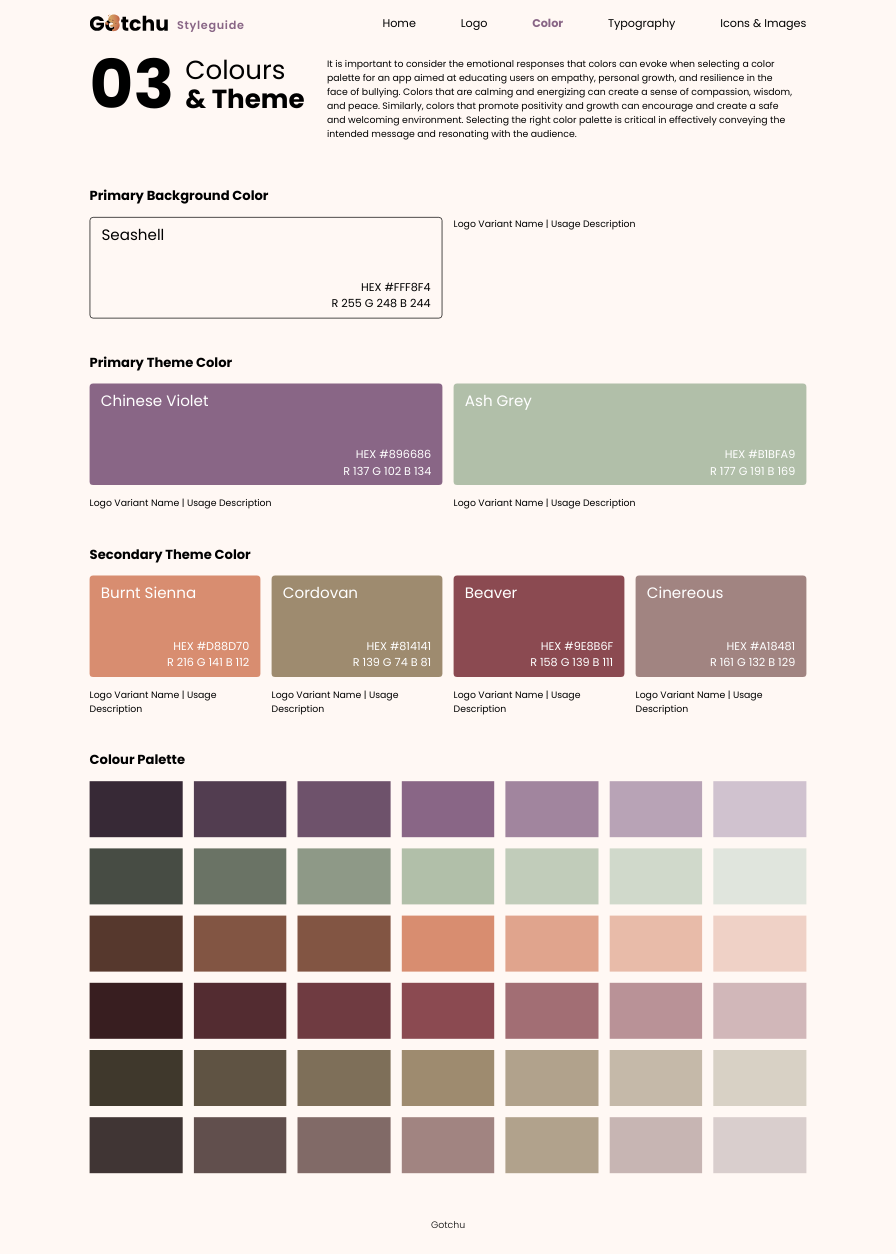
Repository: kionale/Antibullying-Project_Design-Guide
Page: color.html
The author's editor kept a copy of each file at every save. The page is drawn from the files as they stood at one save, then again after the next save.
The browser window is 1280 px wide. The pictures show the whole page, at 70% of full size.

Above is the page before, as saved 2023-03-11 01:50:19.

### color.html
<!DOCTYPE html>
<html lang="en">

<head>
    <meta charset="UTF-8">
    <meta http-equiv="X-UA-Compatible" content="IE=edge">
    <meta name="viewport" content="width=device-width, initial-scale=1.0">
    <title>Color Palette and Typography</title>
    <link rel="stylesheet" href="color.css">
</head>

<body>
    <nav class="navbar">
        <div class="logo_container">
            <img src="/images/logo.svg" class="logo" />
            <div class="app_name">Styleguide</div>
        </div>
        <ul class="nav_links">
            <li><a href="index.html">Home</a></li>
            <li><a href="logo.html">Logo</a></li>
            <li><a href="color.html"><span class="bold">Color</span></a></li>
            <li><a href="typography.html">Typography</a></li>
            <li><a href="icons.html">Icons & Images</a></li>
        </ul>
        <div class="burger">
            <div class="line1"></div>
            <div class="line2"></div>
            <div class="line3"></div>
        </div>
    </nav>
    <main class="body_container">
        <section class="about">
            <div class="section_number">
                <div class="element_number">03</div>
                <h2 class="page_title">Colours <br><span class="highlight">& Theme</h2>
            </div>
            <div class="about_text">
                <p class="section_description">It is important to consider the emotional responses that colors can evoke
                    when selecting a color palette for an app aimed at educating users on empathy, personal growth, and
                    resilience in the face of bullying. Colors that are calming and energizing can create a sense of
                    compassion, wisdom, and peace. Similarly, colors that promote positivity and growth can encourage
                    and create a safe and welcoming environment. Selecting the right color palette is critical in
                    effectively conveying the intended message and resonating with the audience.</p>
            </div>
        </section>
        <h3 class="subHeading">Primary Background Color</h3>
        <div class="columnTwo">
            <div class="subCard">
                <div class="color_container color_box1">
                    <div class="color_name">Seashell</div>
                    <div class="hex">HEX #FFF8F4</div>
                    <div class="RGB">R 255 G 248 B 244</div>
                </div>
            </div>
            <p class="description_text">Logo Variant Name | Usage Description</p>
        </div>
        <h3 class="subHeading">Primary Theme Color</h3>
        <div class="columnTwo">
            <div class="subCard">
                <div class="color_container color_box2 white">
                    <div class="color_name white">Chinese Violet</div>
                    <div class="hex">HEX #896686</div>
                    <div class="RGB">R 137 G 102 B 134</div>
                </div>
                <p class="description_text">Logo Variant Name | Usage Description</p>
            </div>
            <div class="subCard">
                <div class="color_container color_box3 white">
                    <div class="color_name white">Ash Grey</div>
                    <div class="hex">HEX #B1BFA9</div>
                    <div class="RGB">R 177 G 191 B 169</div>
                </div>
                <p class="description_text">Logo Variant Name | Usage Description</p>
            </div>
        </div>
        <h3 class="subHeading">Secondary Theme Color</h3>
        <div class="columnFour">
            <div class="subCard">
                <div class="color_container white" style="background:rgb(216, 141,112);">
                    <div class="color_name white">Burnt Sienna</div>
                    <div class="hex">HEX #D88D70</div>
                    <div class="RGB">R 216 G 141 B 112</div>
                </div>
                <p class="description_text">Logo Variant Name | Usage Description</p>
            </div>
            <div class="subCard">
                <div class="color_container white" style="background:rgb(158, 139,111);">
                    <div class="color_name white">Cordovan</div>
                    <div class="hex">HEX #814141</div>
                    <div class="RGB">R 139 G 74 B 81</div>
                </div>
                <p class="description_text">Logo Variant Name | Usage Description</p>
            </div>
            <div class="subCard">
                <div class="color_container white" style="background:rgb(139, 74,81);">
                    <div class="color_name white">Beaver</div>
                    <div class="hex">HEX #9E8B6F</div>
                    <div class="RGB">R 158 G 139 B 111</div>
                </div>
                <p class="description_text">Logo Variant Name | Usage Description</p>
            </div>
            <div class="subCard">
                <div class="color_container white" style="background:rgb(161, 132,129);">
                    <div class="color_name white">Cinereous</div>
                    <div class="hex">HEX #A18481</div>
                    <div class="RGB">R 161 G 132 B 129</div>
                </div>
                <p class="description_text">Logo Variant Name | Usage Description</p>
            </div>
        </div>
        <h3 class="subHeading">Colour Palette</h3>
        <div class="columnSeven">
            <div class="small-cl-box1" style="background:#372936"></div>
            <div class="small-cl-box1" style="background:#523D50"></div>
            <div class="small-cl-box1" style="background:#6E526B"></div>
            <div class="small-cl-box1" style="background:#896686"></div>
            <div class="small-cl-box1" style="background:#A1859E"></div>
            <div class="small-cl-box1" style="background:#B8A3B6"></div>
            <div class="small-cl-box1" style="background:#D0C2CF"></div>
            <div class="small-cl-box1" style="background:#474C44"></div>
            <div class="small-cl-box1" style="background:#6A7365"></div>
            <div class="small-cl-box1" style="background:#8E9987"></div>
            <div class="small-cl-box1" style="background:#B1BFA9"></div>
            <div class="small-cl-box1" style="background:#C1CCBA"></div>
            <div class="small-cl-box1" style="background:#D0D9CB"></div>
            <div class="small-cl-box1" style="background:#E0E5DD"></div>
            <div class="small-cl-box1" style="background:#56382D"></div>
            <div class="small-cl-box1" style="background:#825543"></div>
            <div class="small-cl-box1" style="background:#825543"></div>
            <div class="small-cl-box1" style="background:#D88D70"></div>
            <div class="small-cl-box1" style="background:#E0A48D"></div>
            <div class="small-cl-box1" style="background:#E8BBA9"></div>
            <div class="small-cl-box1" style="background:#EFD1C6"></div>
            <div class="small-cl-box1" style="background:#381E20"></div>
            <div class="small-cl-box1" style="background:#532C31"></div>
            <div class="small-cl-box1" style="background:#6F3B41"></div>
            <div class="small-cl-box1" style="background:#8B4A51"></div>
            <div class="small-cl-box1" style="background:#A26E74"></div>
            <div class="small-cl-box1" style="background:#B99297"></div>
            <div class="small-cl-box1" style="background:#D1B7B9"></div>
            <div class="small-cl-box1" style="background:#3F382C"></div>
            <div class="small-cl-box1" style="background:#5F5343"></div>
            <div class="small-cl-box1" style="background:#7E6F59"></div>
            <div class="small-cl-box1" style="background:#9E8B6F"></div>
            <div class="small-cl-box1" style="background:#B1A28C"></div>
            <div class="small-cl-box1" style="background:#C5B9A9"></div>
            <div class="small-cl-box1" style="background:#D8D1C5"></div>
            <div class="small-cl-box1" style="background:#403534"></div>
            <div class="small-cl-box1" style="background:#614F4D"></div>
            <div class="small-cl-box1" style="background:#816A67"></div>
            <div class="small-cl-box1" style="background:#A18481"></div>
            <div class="small-cl-box1" style="background:#B1A28C"></div>
            <div class="small-cl-box1" style="background:#C7B5B3"></div>
            <div class="small-cl-box1" style="background:#D9CECD"></div>
        </div>
    </main>
</body>
<footer>
    <p class="footer"> Gotchu </p>
</footer>

</html>

### color.css
@import url('https://fonts.googleapis.com/css2?family=Lato:ital,wght@0,100;0,300;0,400;0,700;0,900;1,300&family=Poppins:ital,wght@0,100;0,200;0,300;0,400;0,500;0,600;0,700;1,500&display=swap');

:root {
    --primary-clr: #896686;
    --primary-clr-2: #B1BFA9;
    --font-color: black;
    --background-clr: #FFF8F4;
    --secondary-clr-1: #D88D70;
    --secondary-clr-2: #8B4A51;

}

* {
    margin: 0px;
    padding: 0px;
    box-sizing: border-box;
    /* border: 1px black solid; */
}

body {

    /* font-family: 'lato',sans-serif; */
    font-family: 'Poppins', sans-serif;
    background-color: var(--background-clr);

}

/* NavBar (Formatted) */

.navbar {
    /* background-color: var(--secondary-clr); */
    display: flex;
    justify-content: space-between;
    align-items: center;
    min-height: 9vh;
    color: var(--font-color);
    /* position: sticky; */
    top: 0;
    padding: 0 8rem;
}

.logo_container {
    display: flex;
    flex-direction: row;
    align-items: center;
    gap: 0.8rem;
}

.logo {
    width: 7rem;
    object-fit: contain;
}


.logo:hover {
    transform: scale(1.05);
}

.app_name {
    letter-spacing: 1px;
    font-size: 1rem;
    font-weight: 600;
    color: #896686;
    margin-top: 0.5rem;
}

.app_name:hover {
    color: var(--secondary-clr);
}

.bold {
    font-weight: bold;
    color: var(--primary-clr);
}

.nav_links {
    display: flex;
    flex-direction: row;
    justify-content: flex-end;
    gap: 4rem;
    width: 40vw;
    flex-grow: 1;
}

.nav_links li {
    list-style: none;
}

.nav_links a {
    color: inherit;
    text-decoration: none;
    font-weight: 400;
}

.nav_links li:hover {
    transform: translateX(-5%);
}

.burger {
    display: none;
    cursor: pointer;
}

.burger div {
    width: 1.5rem;
    height: 0.15rem;
    background-color: black;
    margin: 0.35rem;

}

/* NavBar (End) */

/* Main Container (Formatted) */

.body_container {
    display: flex;
    flex-direction: column;
    padding: 0rem 8rem;
}

/* Main Container (End) */

/* Section Number with Desciption (Formatted) */

.about {
    display: flex;
    flex-direction: row;
    min-height: 5rem;
    justify-content: flex-start;
    margin-bottom: 2rem;
}

.section_number {
    display: flex;
    flex-direction: row;
    justify-content: center;
    align-items: center;
    height: 7rem;
}

.element_number {
    font-size: 72pt;
    font-weight: 790;
    line-height: 100%;
    margin-right: 1rem;
}

.page_title {
    font-weight: 400;
    font-size: 28pt;
    line-height: 110%;
    white-space: nowrap;
}

.highlight {
    font-weight: 700;
}

.about_text {
    padding: 1rem 1rem 1rem 2rem;
    font-size: 10pt;
}

/* Section Number with Desciption (End) */

.subHeading {
    width: 100%;
    padding: 1rem 0;
}

.columnTwo {
    display: grid;
    grid-template-columns: repeat(2, 1fr);
    gap: 1rem;
    margin-bottom: 2rem;
}

.columnFour {
    display: grid;
    grid-template-columns: repeat(4, 1fr);
    gap: 1rem;
    margin-bottom: 2rem;
}

.columnSeven {
    display: grid;
    grid-template-columns: repeat(7, 1fr);
    gap: 1rem;
    margin-bottom: 2rem;
}

.subCard {
    display: flex;
    flex-direction: column;
    gap: 1rem;
    position: relative;
}

.description_text {
    font-size: 10pt;
}

/* General Color Card */

.color_container {
    width: 100%;
    height: 145px;
    position: relative;
    border-radius: 5px;
}

/* General Color Card (End) */


/* Primary Background Color */

.color_box1 {
    background-color: var(--background-clr);
    border: 1px solid black;
}

.color_name {
    position: absolute;
    top: 0.5rem;
    left: 1rem;
    font-size: 1.35rem;
    color: black;
}

.hex {
    position: absolute;
    bottom: 2rem;
    right: 1rem;
}

.RGB {
    position: absolute;
    bottom: 0.5rem;
    right: 1rem;
}

/* Primary Background Color (End) */

.color_box2 {
    background-color: var(--primary-clr);
}

.color_box3 {
    background-color: var(--primary-clr-2);
}

.white {
    color: white;
}

/* Colour Palette */

.small-cl-box1 {
    height: 5rem;
}

/* Colour Palette (End) */

.footer {
    margin: 2rem 0;
    text-align: center;
    font-weight: 300;
    font-size: 10pt;
}

After the next save:
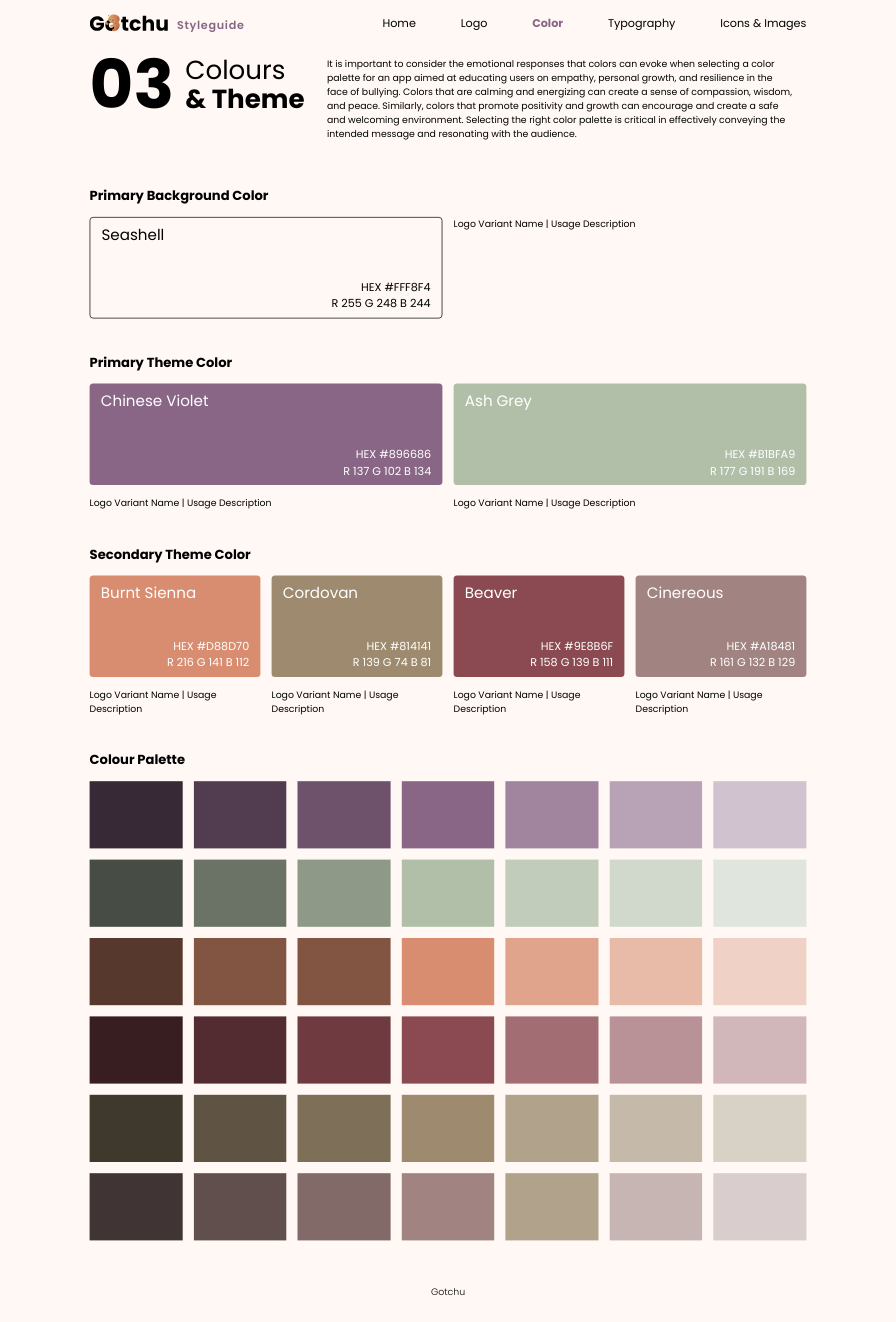
Saved 4 s later.
--- a/color.css
+++ b/color.css
@@ -257,7 +257,7 @@ body {
 /* Colour Palette */
 
 .small-cl-box1 {
-    height: 5rem;
+    height: 6rem;
 }
 
 /* Colour Palette (End) */
